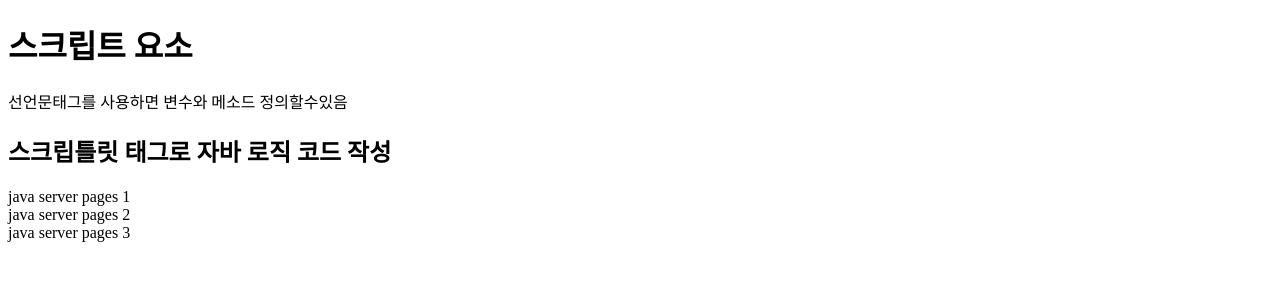
Repository: design-view/jspstudy
Page: http://localhost/GreenJsp/01jspdefault/scriptElement.jsp
These files come from the project's save history. The page is drawn as it stood at one moment and after the next save; the edit follows.
The browser window is 1280 px wide. The pictures show the whole page.
The page is served by Tomcat 9. Nobody is signed in. The application's start-up code is not run.

Above is the page before, as saved 2024-01-09 01:50:09.

After the next save:
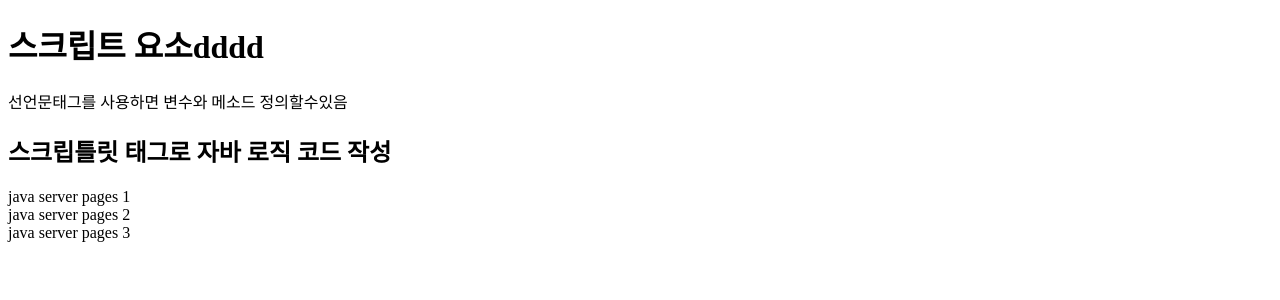
Saved 15 min 35 s later.
--- a/GreenJsp/src/main/webapp/01jspdefault/scriptElement.jsp
+++ b/GreenJsp/src/main/webapp/01jspdefault/scriptElement.jsp
@@ -7,13 +7,17 @@
 <title>Insert title here</title>
 </head>
 <body>
-	<h1>스크립트 요소</h1>
+	<h1>스크립트 요소dddd</h1>
 	<p>선언문태그를 사용하면 변수와 메소드 정의할수있음</p>
 	<%!
+
 		int count=3;
 		String makeItLower(String str){
+			int len = str.length();
 			return str.toLowerCase();
 		}
+		int aa = 100;
+
 	%>
 	<h2>스크립틀릿 태그로 자바 로직 코드 작성</h2>
 	<%

After the save that followed:
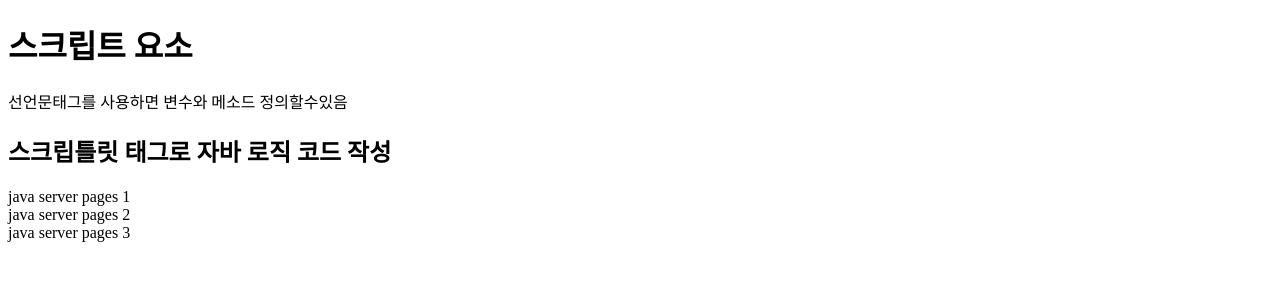
Saved 28 s later.
--- a/GreenJsp/src/main/webapp/01jspdefault/scriptElement.jsp
+++ b/GreenJsp/src/main/webapp/01jspdefault/scriptElement.jsp
@@ -7,7 +7,7 @@
 <title>Insert title here</title>
 </head>
 <body>
-	<h1>스크립트 요소dddd</h1>
+	<h1>스크립트 요소</h1>
 	<p>선언문태그를 사용하면 변수와 메소드 정의할수있음</p>
 	<%!
 
